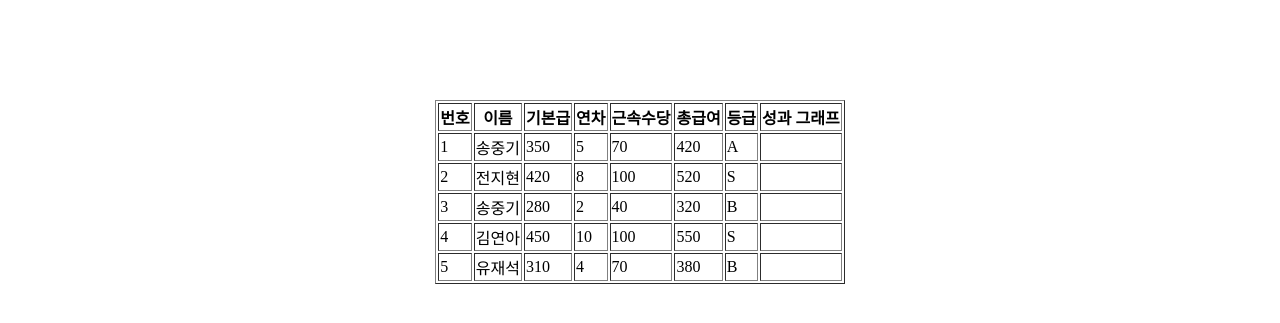
Repository: kkw3202/Jsp2026
Page: http://localhost/chapter01/exsample_salary.jsp
The author's editor kept a copy of each file at every save. The page is drawn from the files as they stood at one save, then again after the next save.
The browser window is 1280 px wide. The pictures show the whole page.
The page is served by Tomcat 9.

Above is the page before, as saved 2026-10-16 07:13:33.

### chapter01/src/main/webapp/exsample_salary.jsp
<%@ page language="java" contentType="text/html; charset=UTF-8"
    pageEncoding="UTF-8" import="java.util.*"%>
<!DOCTYPE html>
<html>
<head>
<meta charset="UTF-8">
<title>Insert title here</title>
</head>
<body>
	<table border="1px" style="margin: 100px auto;">
		<thead>
			<tr>
				<th>번호</th>
				<th>이름</th>
				<th>기본급</th>
				<th>연차</th>
				<th>근속수당</th>
				<th>총급여</th>
				<th>등급</th>
				<th>성과 그래프</th>
			</tr>
		</thead>
		<tbody>
			<%!
			String[] names = {"송중기","전지현","송중기","김연아","유재석"};
			int[] basePays = {350, 420, 280, 450, 310};
			int[] years = {5, 8, 2, 10, 4};
			%>

			<%!
			public int getBonus(int year){
				return (year >= 7 ? 100 :
							year >= 4 ? 70 : 40);
			}
			public int getTotalPay(int basePay, int bonus){
				return basePay + bonus;
			}
			public String getGrade(int totalPay){
				return (totalPay >= 500 ? "S" :
							totalPay >= 400 ? "A" :
								totalPay >= 300 ? "B" : "C");
			}
			%>

			<%
			for(int i = 0; i<names.length; i++){
				int bonus = getBonus(years[i]);
				int totalPay = getTotalPay(basePays[i], bonus);
			%>
			<tr>
				<td><%= i+1 %></td>
				<td><%= names[i] %></td>
				<td><%= basePays[i] %></td>
				<td><%= years[i] %></td>
				<td><%= bonus %></td>
				<td><%= totalPay %></td>
				<td><%= getGrade(totalPay) %></td>
				<td></td>
			</tr>
			<%
			}
			%>

		</tbody>
	</table>
</body>
</html>

After the next save:
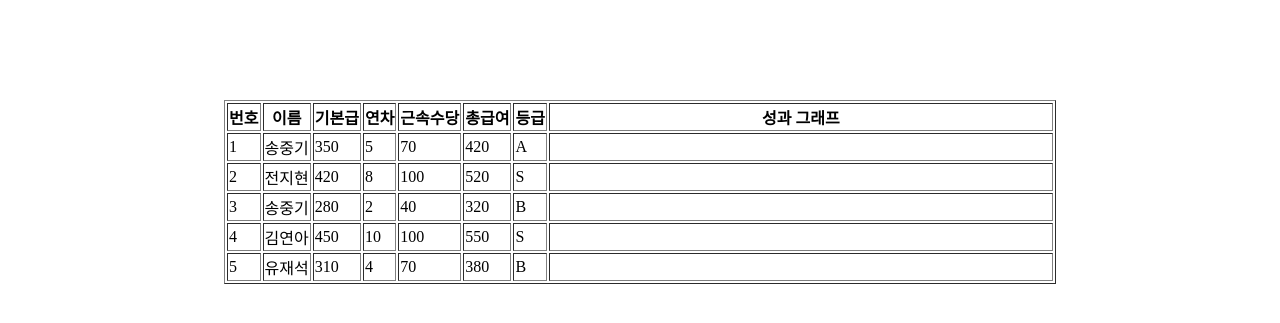
Saved 80 s later.
--- a/chapter01/src/main/webapp/exsample_salary.jsp
+++ b/chapter01/src/main/webapp/exsample_salary.jsp
@@ -55,7 +55,7 @@
 				<td><%= bonus %></td>
 				<td><%= totalPay %></td>
 				<td><%= getGrade(totalPay) %></td>
-				<td></td>
+				<td><div style="width: <%= (totalPay - 300)*2 %>px;"></div></td>
 			</tr>
 			<%
 			}
